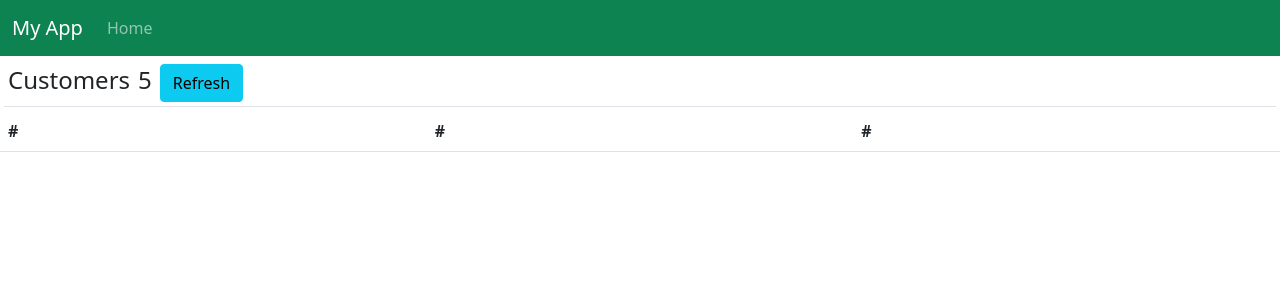
Repository: smit1298/e-commerce
Page: /
An editor plug-in stored every save of this project. The page is shown before and after the next save, followed by the edit.
The browser window is 1280 px wide. The pictures show the whole page.
The project was rebuilt for these pictures with package versions that can differ from the ones it lists, and the page was loaded fresh each time.

Above is the page before, as saved 2022-05-10 16:54:50.

After the next save:
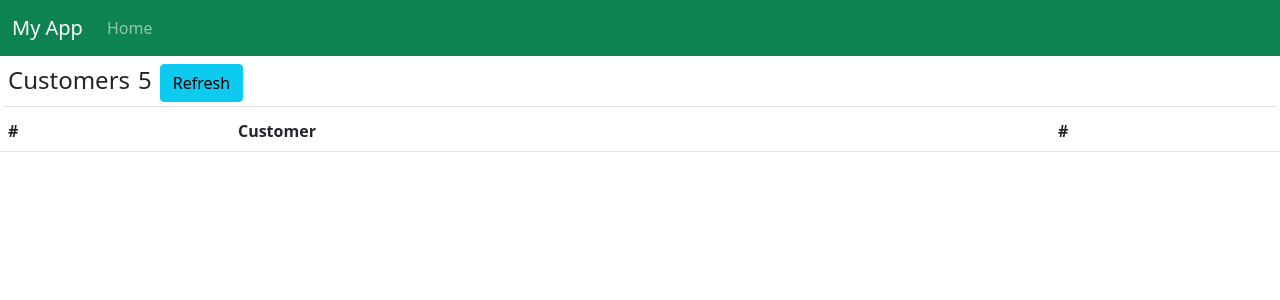
Saved 7 s later.
--- a/src/MainContent.jsx
+++ b/src/MainContent.jsx
@@ -27,7 +27,7 @@ export default class MainContent extends Component {
 <thead>
     <tr>
         <th>#</th>
-        <th>#</th>
+        <th>Customer</th>
         <th>#</th>
     </tr>
 </thead>
